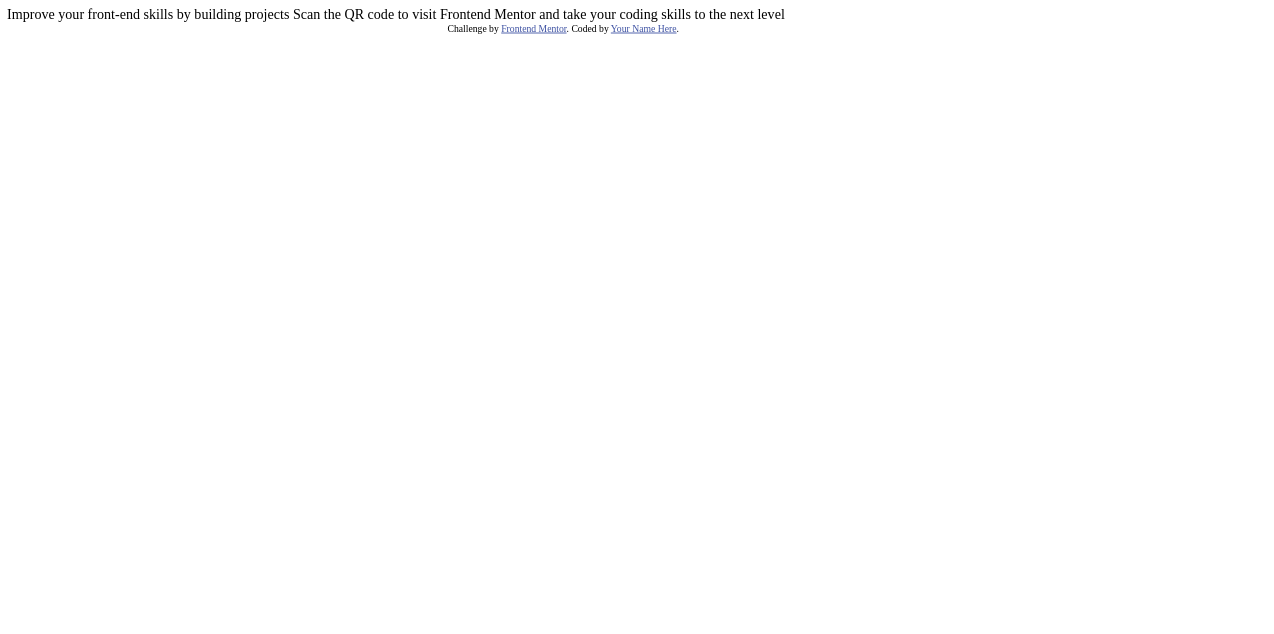
Repository: HajarKhalifa/FrontEndMentor-Applications
Page: qr-code-component-main/qr-code-component-main/index.html
The author's editor kept a copy of each file at every save. The page is drawn from the files as they stood at one save, then again after the next save.
The browser window is 1280 px wide. The page is 1280 px wide, then 1448 px, so the pictures cover 1448 px, including what lies to the right of the window. The pictures show the whole page, at 88% of full size.

Above is the page before, as saved 2023-08-24 19:48:25.

After the next save:
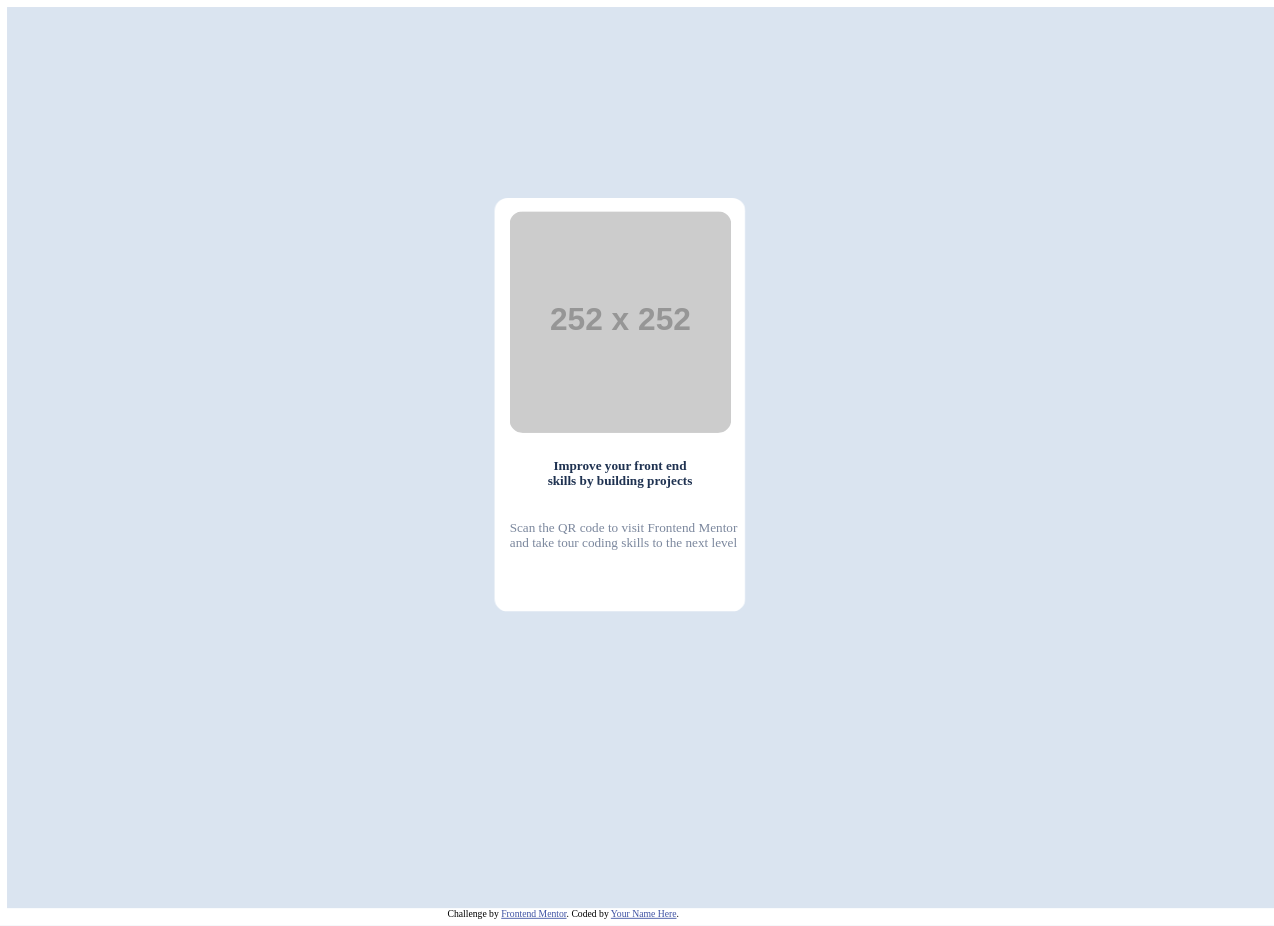
Saved 172 days later.
--- a/qr-code-component-main/qr-code-component-main/index.html
+++ b/qr-code-component-main/qr-code-component-main/index.html
@@ -1,8 +1,10 @@
 <!DOCTYPE html>
 <html lang="en">
+
 <head>
   <meta charset="UTF-8">
-  <meta name="viewport" content="width=device-width, initial-scale=1.0"> <!-- displays site properly based on user's device -->
+  <meta name="viewport" content="width=device-width, initial-scale=1.0">
+  <!-- displays site properly based on user's device -->
 
   <link rel="icon" type="image/png" sizes="32x32" href="./images/favicon-32x32.png">
 
@@ -10,19 +12,37 @@
 
   <!-- Feel free to remove these styles or customise in your own stylesheet 👍 -->
   <style>
-    .attribution { font-size: 11px; text-align: center; }
-    .attribution a { color: hsl(228, 45%, 44%); }
+    .attribution {
+      font-size: 11px;
+      text-align: center;
+    }
+
+    .attribution a {
+      color: hsl(228, 45%, 44%);
+    }
   </style>
 </head>
+
 <body>
 
-  Improve your front-end skills by building projects
-
-  Scan the QR code to visit Frontend Mentor and take your coding skills to the next level
-
+  <div class="Desktop1440" style="width: 1440px; height: 1024px; position: relative; background: #DAE4F0">
+    <div class="Card"
+      style="width: 285px; height: 470px; left: 554px; top: 217px; position: absolute; background: white; border-radius: 15px; backdrop-filter: blur(4px)">
+    </div>
+    <img class="ImageQrCode1"
+      style="width: 252px; height: 252px; left: 571px; top: 232px; position: absolute; border-radius: 15px"
+      src="https://via.placeholder.com/252x252" />
+    <div class="Bold"
+      style="width: 285px; height: 43px; left: 554px; top: 512.50px; position: absolute; text-align: center; color: #1F3251; font-size: 15px; font-family: Outfit; font-weight: 700; word-wrap: break-word">
+      Improve your front end <br />skills by building projects</div>
+    <div class="Normal"
+      style="width: 259px; height: 63px; left: 571px; top: 583.50px; position: absolute; text-align: center; color: #7B879D; font-size: 15px; font-family: Outfit; font-weight: 400; word-wrap: break-word">
+      Scan the QR code to visit Frontend Mentor and take tour coding skills to the next level</div>
+  </div>
   <div class="attribution">
     Challenge by <a href="https://www.frontendmentor.io?ref=challenge" target="_blank">Frontend Mentor</a>.
     Coded by <a href="#">Your Name Here</a>.
   </div>
 </body>
+
 </html>
